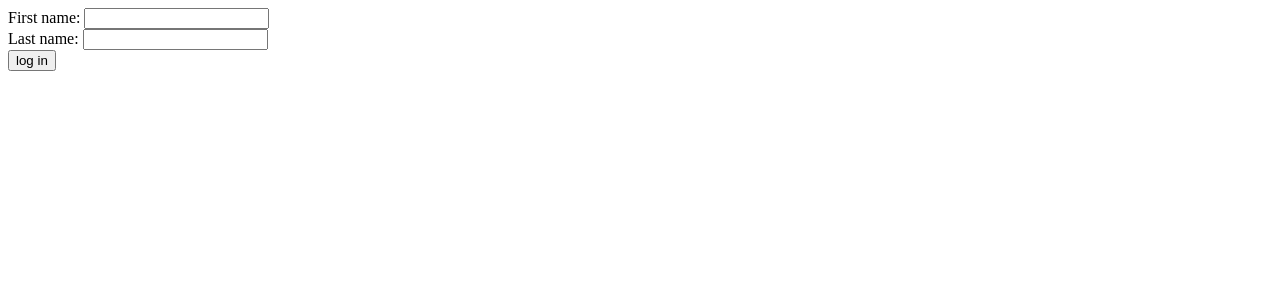
Repository: Aylin-NL/Webtech
Page: webtech1/WebContent/Login.html
These files come from the project's save history. The page is drawn as it stood at one moment and after a run of saves; the edit follows.
The browser window is 1280 px wide. The pictures show the whole page.

Above is the page before, as saved 2014-09-02 20:17:38.

### webtech1/WebContent/Login.html
<!DOCTYPE html>
<html>
<head>
<meta charset="ISO-8859-1">
<title>henk</title>
</head>
	<body>
		<form action="">
		First name: <input type="text" name="Username"><br>
		Last name: <input type="password" name="Password">
		</form>

		<button type = "button">
		log in
		</button>

	</body>
</html>

After the next 2 saves:
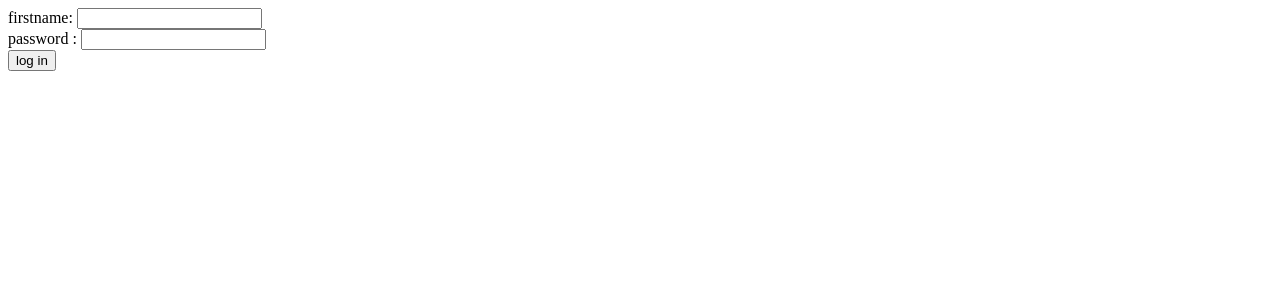
The 2 saves are shown as one change because they came seconds apart.
The last was saved 26 s later.
--- a/webtech1/WebContent/Login.html
+++ b/webtech1/WebContent/Login.html
@@ -6,8 +6,8 @@
 </head>
 	<body>
 		<form action="">
-		First name: <input type="text" name="Username"><br>
-		Last name: <input type="password" name="Password">
+		firstname: <input type="text" name="Username"><br>
+		password  : <input type="password" name="Password">
 		</form>
 
 		<button type = "button">
